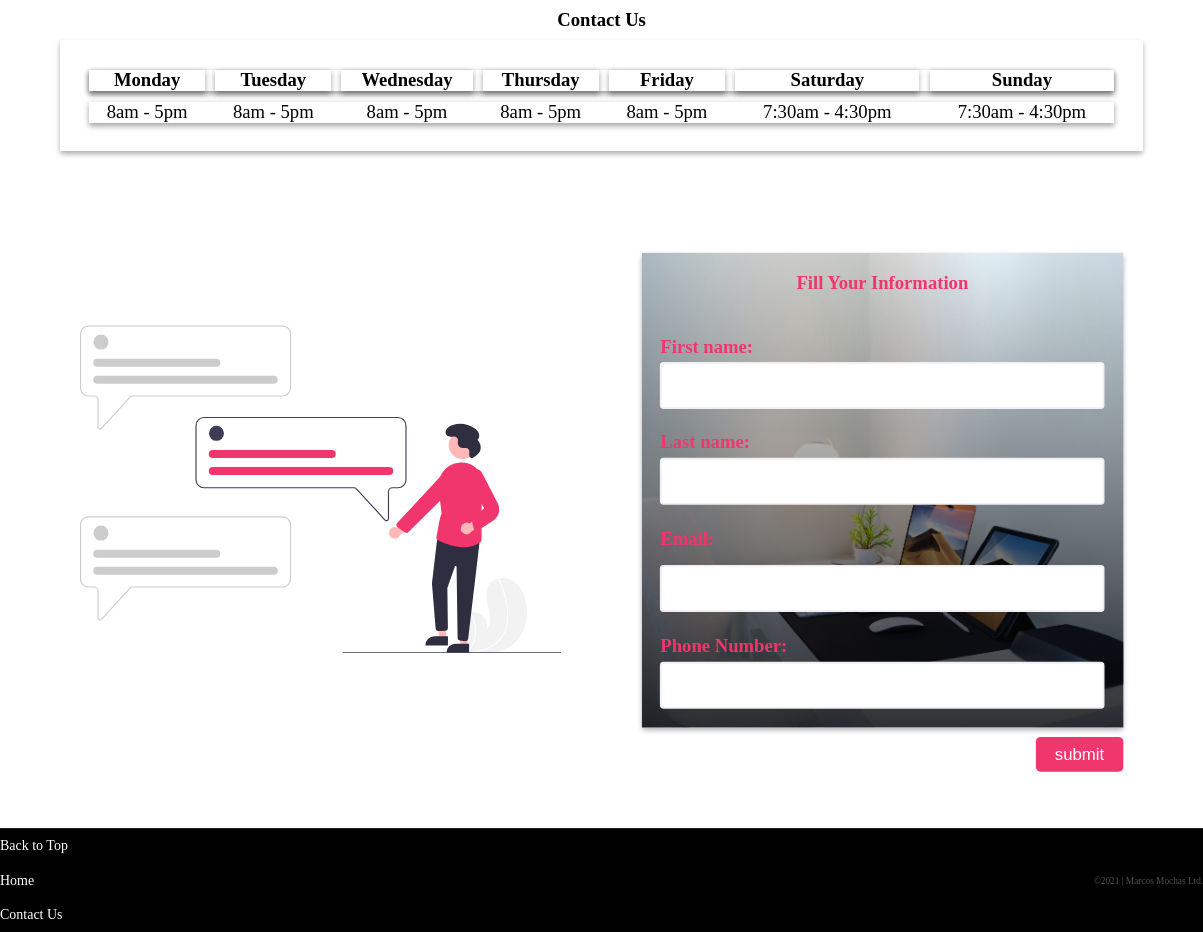
Repository: CAMPSLOPY/marcos-mochas
Page: HTML/contact.html
An editor plug-in stored every save of this project. The page is shown before and after the next save, followed by the edit.
The browser window is 1280 px wide. The pictures show the whole page, at 94% of full size.

Above is the page before, as saved 2021-07-05 00:17:56.

### HTML/contact.html
<!DOCTYPE html>
<html lang="en">
<head>
    <meta charset="UTF-8">
    <meta http-equiv="X-UA-Compatible" content="IE=edge">
    <meta name="viewport" content="width=device-width, initial-scale=1.0">
    <meta name="robots" content="index,follow" />
    <meta
      name="description"
      content=""
    />
    <link rel="stylesheet" href="/CSS/contact.css">
    <title>Contact Us</title>
</head>
<body>
    <header >
        <!--page hours title-->
        <h1  class="header-text">Contact Us</h1>



    <div class="header-table-content">


        <!--Page hours and contact form-->
        <table cellspacing="11">
        <tr>
            <th>Monday</th>
            <th>Tuesday</th>
            <th>Wednesday</th>
            <th>Thursday</th>
            <th>Friday</th>
            <th>Saturday</th>
            <th>Sunday</th>
        </tr>
        <tr class="tr-rule">
            <td>8am - 5pm</td>
            <td>8am - 5pm</td>
            <td>8am - 5pm</td>
            <td>8am - 5pm</td>
            <td>8am - 5pm</td>
            <td>7:30am - 4:30pm</td>
            <td>7:30am - 4:30pm</td>
        </tr>
        </table>
    </div>
</header>


<main>
<div class="form-content">
<div class="form-content-text">
    <img src="/contactt.svg" alt="">
    </div>

    <!--Hours table start here-->

        <!--Form starts here-->
        <!-- i wrapped the form inside a div content so that we can give it freedo
        when styling -->

            <form class="contact-form" action="">
                <h2>Fill Your Information</h2>

                <div class="form-control">
                    <!--first name input/required-->
                    <label for="fname">First name:</label>
                    <input type="text" id="fname" name="fname" value="" required>
                </div>
               <div class="form-control">
                 <!--last name input/required-->
                 <label for="lname">Last name:</label>
                 <input type="text" id="lname" name="lname" value="" required>
               </div>

               <div class="form-control">
                  <!--email address input/required-->
                  <label for="email">Email:</label><br>
                  <input type="text" id="email" name="Email" value="" required>
               </div>

               <div class="form-control">
                   <!--Phone number input/not required-->
                <label for="Phone">Phone Number:</label>
                <input type="text" id="phone" name="Phone" value="">
               </div>

                <!--Submit button-->
                <button class="btn" type="submit">submit</button>
                      </form>
        </div>

    </main>

    <!--page navi links & copyright-->
    <footer>
        <div class="contact-footer">
        <ul>
            <!-- IDEA: img / just text for our "logo" -->
            <li><a href="#top">Back to Top</a></li>
            <li><a href="/HTML/Index.html">Home</a></li>
            <li><a href="/HTML/contact.html">Contact Us</la></li>
        </ul>
        </div>
        <!--Copyright class -->
        <div class="copyright">
            <a>&copy;2021 | Marcos Mochas Ltd.</a>
        </div>
    </footer>
</body>
</html>

### CSS/contact.css
/* universal styling of the contact page */
* {
  margin: 0;
  padding: 0;
  box-sizing: border-box;
}

body {
  min-height: 100vh;
  background: white;
}

html {
  font-size: 62%;
  scroll-behavior: smooth;
}

header {
  text-align: center;
  min-height: 10vh;
  color: black;
}
header h1{
    padding: 1rem 0;
    margin-top: 1rem 0;
}
.header-table-content {
  padding: 2rem;
  cursor: pointer;
display: flex;
align-items: center;
justify-content: center;
box-shadow: 0 3px 6px rgba(0,0,0,0.16), 0 3px 6px rgba(0,0,0,0.23);
width: 90%;
margin: auto;
}
table tr,th {
  font-size: 2rem;
  box-shadow: 0 3px 6px rgba(0,0,0,0.16), 0 3px 6px rgba(0,0,0,0.23);
}

/* styling the Form */

.form-content {
  text-align: center;
  display: flex;
  min-height: 100vh;
  justify-content: space-evenly;
  align-items: center;
  flex: 2 1 40rem;
  color: white;
  margin: auto;
}
.form-content-text {
  position: relative;
  width: 40%;
  height: 100%;
}

.form-content-text img {
  width: 100%;
  height: 100%;
  object-fit: cover;
}
.contact-form {
  width: 40%;
  height: 100%;
  position: relative;
 background: linear-gradient(to top, rgba(0, 0, 0, 0.8), transparent),
 url('/pexels-elvis-2528118.jpeg');
 background-position: center;
  background-repeat: no-repeat;
  background-size: cover;
  box-shadow: 0 3px 6px rgba(0,0,0,0.16), 0 3px 6px rgba(0,0,0,0.23);
}
.contact-form h2 {
  font-size: 2rem;
  padding: 2rem 0rem;
  color: #f1356d;
}
.form-control {
  margin: 2rem;
  position: relative;
  cursor: pointer;
}

.form-control label {
  font-size: 2rem;
  display: block;
  text-align: left;
  font-weight: bold;
  padding: 5px 0px;
  color: black;
  color: #f1356d;
}
.form-control input {
  border: 2px solid #f0f0f0;
  border-radius: 4px;
  display: block;
  width: 100%;
  font-size: 14px;
  padding: 15px;
  outline: none;
}

.btn {
  padding: 8px 20px;
  cursor: pointer;
  position: absolute;
  right: 0;
  outline: none;
  border: none;
  color: white;
  margin-top: 1rem;
  border-radius: 5px;
  font-size: 1.8rem;
  background: #f1356d;
}
.btn:hover{
    color:black;
    transition: 0.2s ease-in;
}
/* styling for hours table */

table {
    width: 100%;

}
table tr th:hover{
    background-color: #f1356d;
    transition: 0.2s ease-in;
    color: white;
}
.tr-rule{
    box-shadow: 0 3px 6px rgba(0,0,0,0.16), 0 3px 6px rgba(0,0,0,0.23);
}
/*Footer css code*/

/*The links at the bottom of the footer shouldnt be stacked up and placed at the bottom of the page*/

footer {
    min-height: 10vh;
    background: black;
    display: flex;
    justify-content: space-between;
    align-items: center;
    position: relative;
  }
  footer ul li{
    padding: 1rem 0rem;
    margin
  }
  footer ul li a {
    color: white;
    list-style-type: none;
    text-decoration: none;
    font-size: 1.5rem;
  }

.contact-footer {
  color: black;
}

.copyright{
  color:  rgba(255, 255, 255, 0.315);
  font-size: 1rem;
}

After the next save:
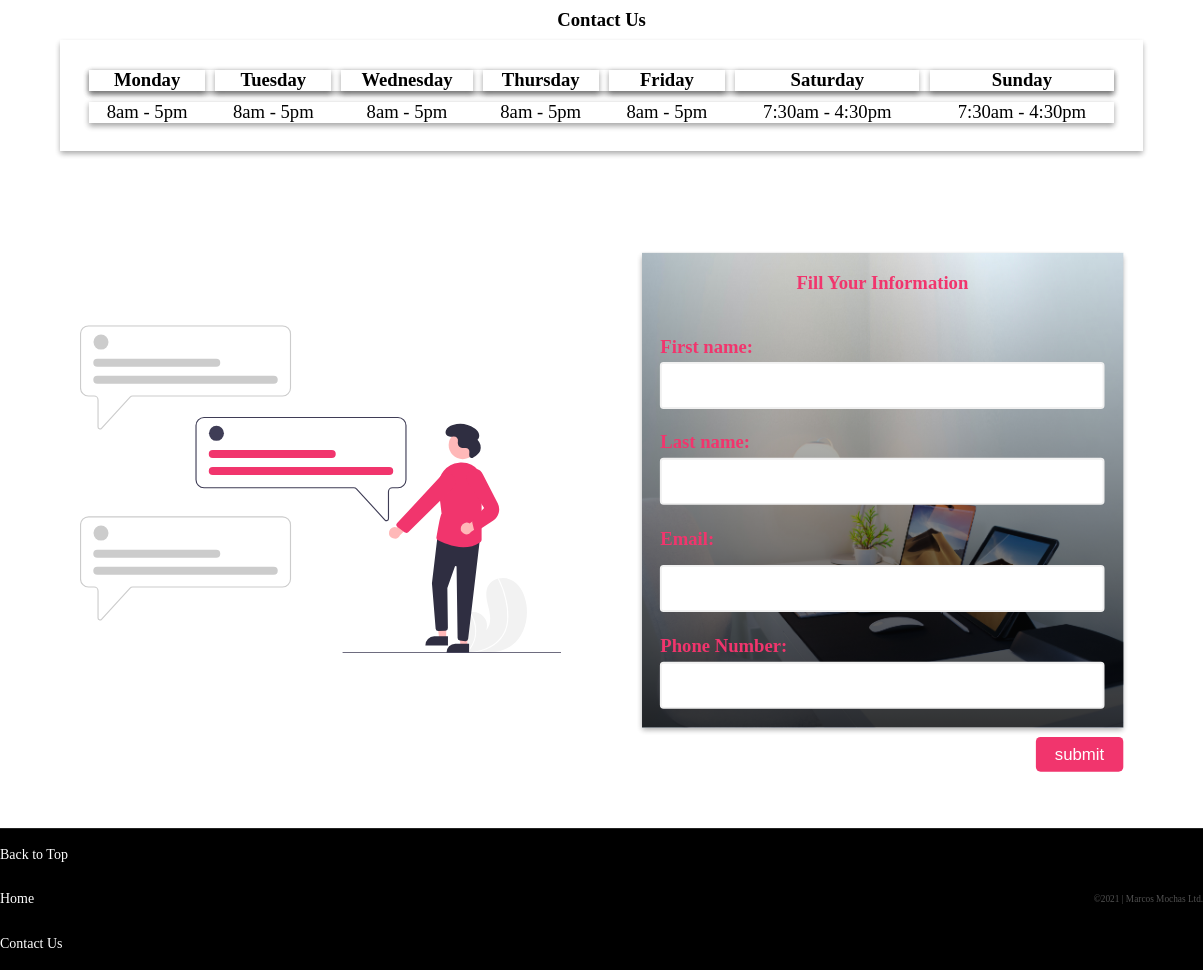
Saved 5 s later.
--- a/CSS/contact.css
+++ b/CSS/contact.css
@@ -148,7 +148,7 @@ footer {
   }
   footer ul li{
     padding: 1rem 0rem;
-    margin
+    margin: 1rem auto;
   }
   footer ul li a {
     color: white;
